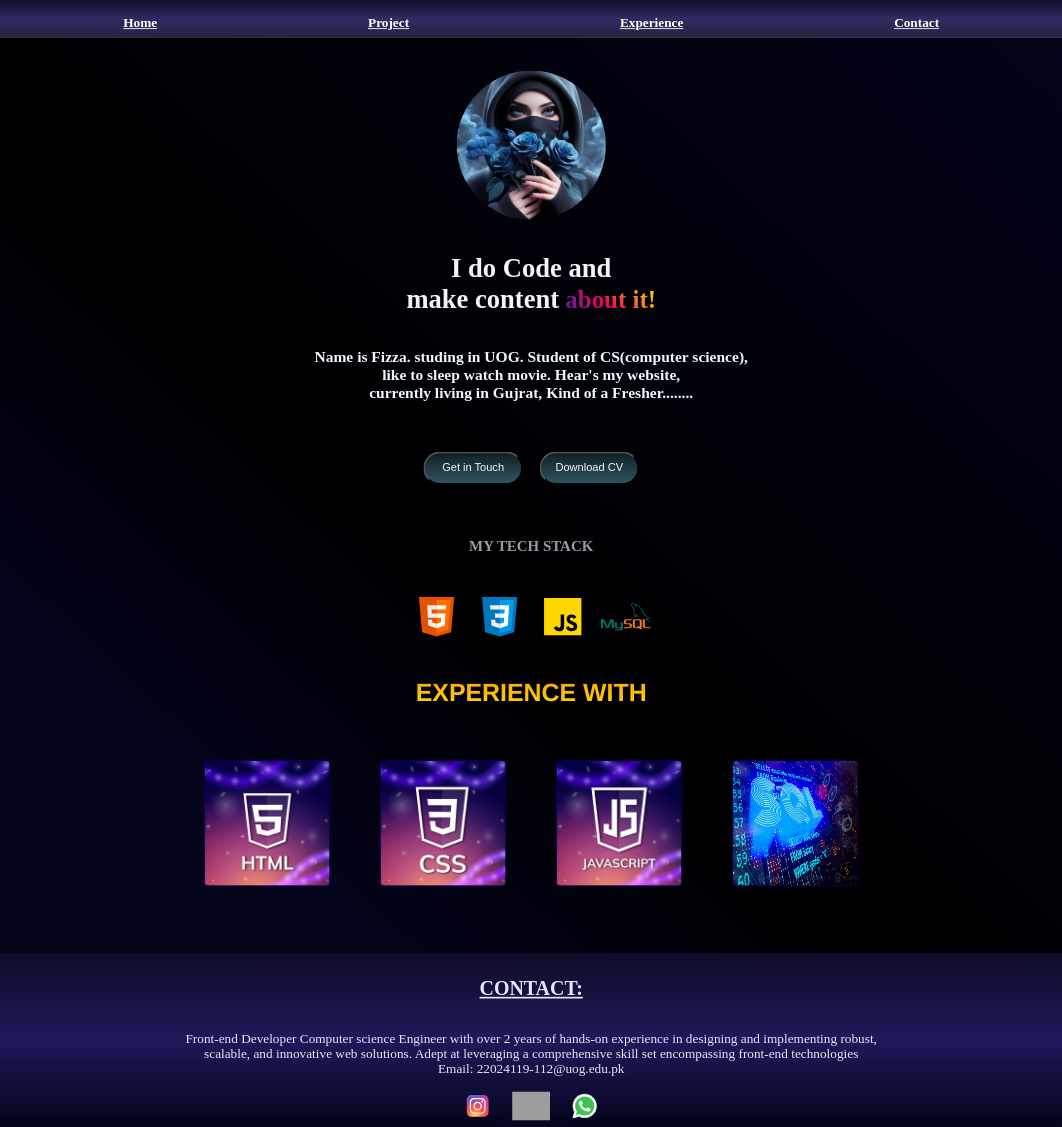
Repository: Fizza-112/portfolio
Page: index.html
An editor plug-in stored every save of this project. The page is shown before and after the next save, followed by the edit.
The browser window is 1280 px wide. The pictures show the whole page, at 83% of full size.
Pictures or frames that could not be fetched are drawn as grey boxes.

Above is the page before, as saved 2024-09-07 03:48:54.

After the next save:
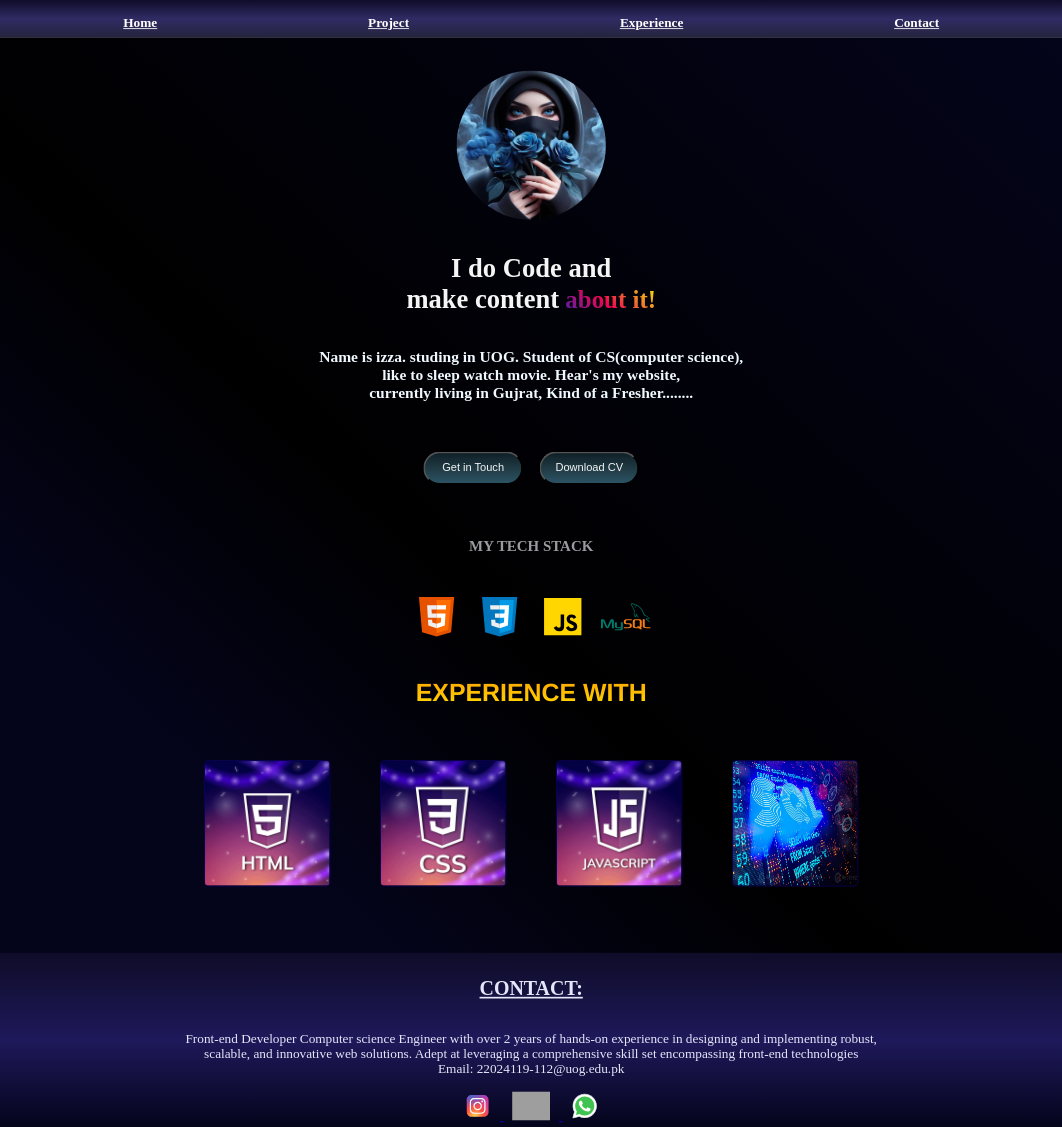
Saved 56 min 10 s later.
--- a/index.html
+++ b/index.html
@@ -30,7 +30,7 @@
         </div>
         <p>
             <h3>
-            Name is Fizza. studing in UOG. Student of CS(computer science),<br>
+            Name is izza. studing in UOG. Student of CS(computer science),<br>
             like to sleep watch movie. Hear's my website,<br>
             currently living in Gujrat, Kind of a Fresher........</h3>
         </p>
